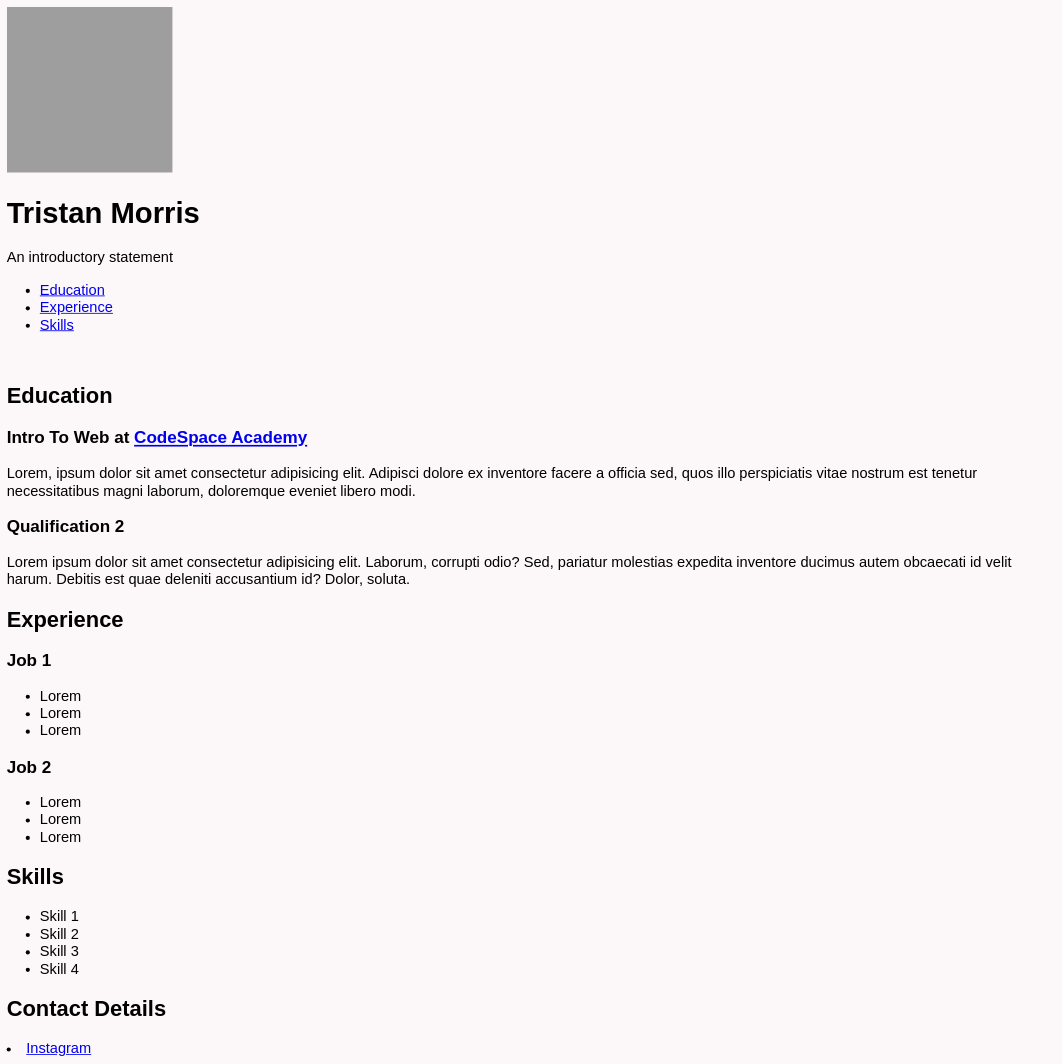
Repository: TristanKMorris/introToWebDesignAssignment
Page: resume1.html
An editor plug-in stored every save of this project. The page is shown before and after the next save, followed by the edit.
The browser window is 1280 px wide. The pictures show the whole page, at 83% of full size.
Pictures or frames that could not be fetched are drawn as grey boxes.

Above is the page before, as saved 2022-05-31 13:02:30.

After the next save:
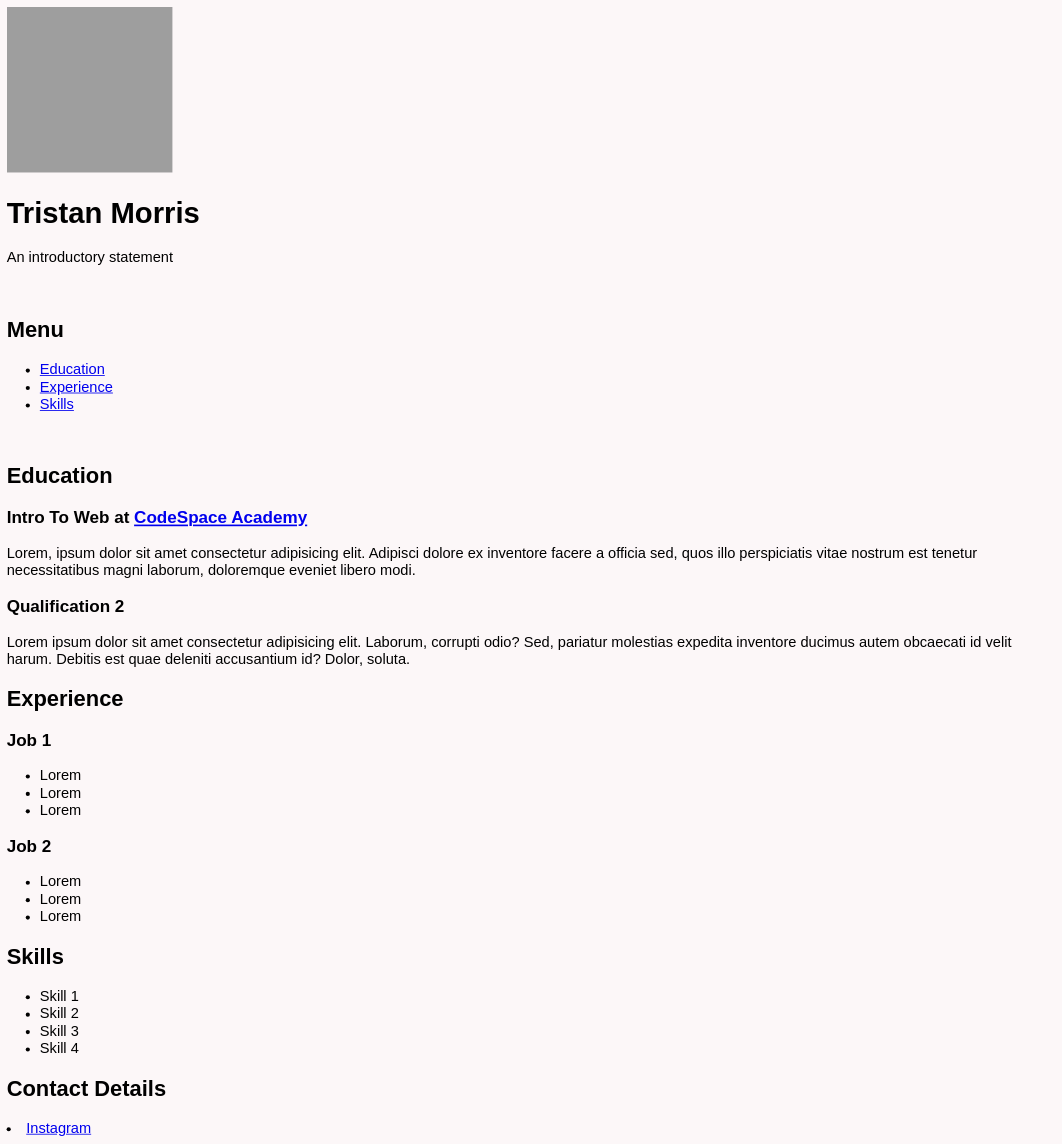
Saved 6 min 12 s later.
--- a/resume1.html
+++ b/resume1.html
@@ -16,7 +16,8 @@
     />
     <h1>Tristan Morris</h1>
     <p>An introductory statement</p>
-
+   <br>
+   <h2>Menu</h2>
     <ul>
       <li><a href="#education">Education</a></li>
       <li><a href="#experience">Experience</a></li>
